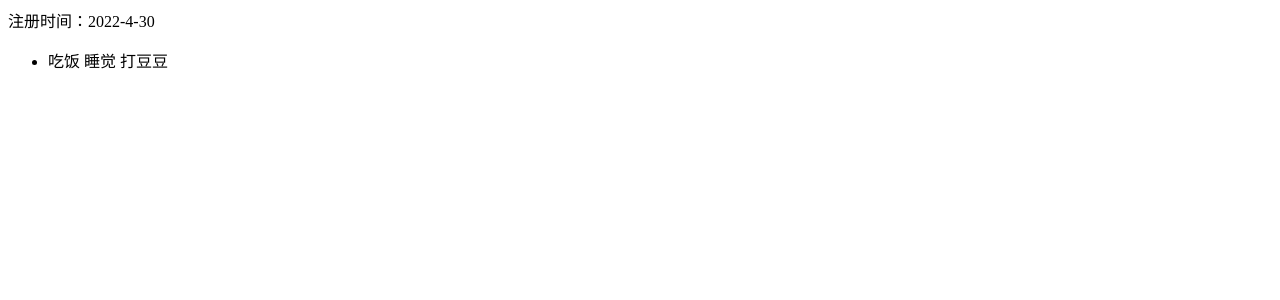
Repository: Bluesouls/eliauk.github.io
Page: Ajax学习笔记/day02/03模板引擎的使用.html
The author's editor kept a copy of each file at every save. The page is drawn from the files as they stood at one save, then again after the next save.
The browser window is 1280 px wide. The pictures show the whole page.

Above is the page before, as saved 2022-05-01 15:27:51.

### Ajax学习笔记/day02/03模板引擎的使用.html
<!DOCTYPE html>
<html lang="en">

<head>
  <meta charset="UTF-8">
  <meta http-equiv="X-UA-Compatible" content="IE=edge">
  <meta name="viewport" content="width=device-width, initial-scale=1.0">
  <title>传统方式渲染UI结构</title>
  <script src="./lib/jquery.js"></script>
  <!--1. 导入模板引擎 -->
  <!-- 在 window 全局,多一个函数,叫做 template('模板的ID',需要渲染的数据对象) -->

  <script src="./lib/template-web.js"></script>
</head>

<body>
  <div id="container"></div>
  <!-- 3. 定义模板 -->
  <!-- 3.1 模板的 HTML 结构，必须定义到 script 中 -->
  <script type="text/html" id="tpl-user">
    <div>注册时间：{{regTime|dateFormat}}</div>
    <ul>
      <li>
        {{each hobby}}
        {{$value}}
        {{/each}}
      </li>
    </ul>
  </script>
  <script type="text/javascript">
    // 定义一个格式化时间的过滤器 dateFormat
    // data 是形参，对应的 regTime 是实参
    template.defaults.imports.dateFormat = function (date) {
      var y = date.getFullYear()
      var m = date.getMonth() + 1
      var d = date.getDate()

      return y + '-' + m + '-' + d
    }
    // 2. 定义需要渲染的数据
    var data = {
      title: '<h3>用户信息</h3>',
      name: 'zs',
      age: 20,
      isVIP: true,
      regTime: new Date(),
      hobby: ['吃饭', '睡觉', '打豆豆']
    }

    // 4. 调用 template 函数
    // template('模板的ID',需要渲染的数据对象)
    var htmlStr = template('tpl-user', data)
    console.log(htmlStr)
    // 5. 渲染 HTML 结构
    $('#container').html(htmlStr)
  </script>
</body>

</html>

Loaded but not shown: Ajax学习笔记/day02/lib/jquery.js (library); Ajax学习笔记/day02/lib/template-web.js (library)

After the next save:
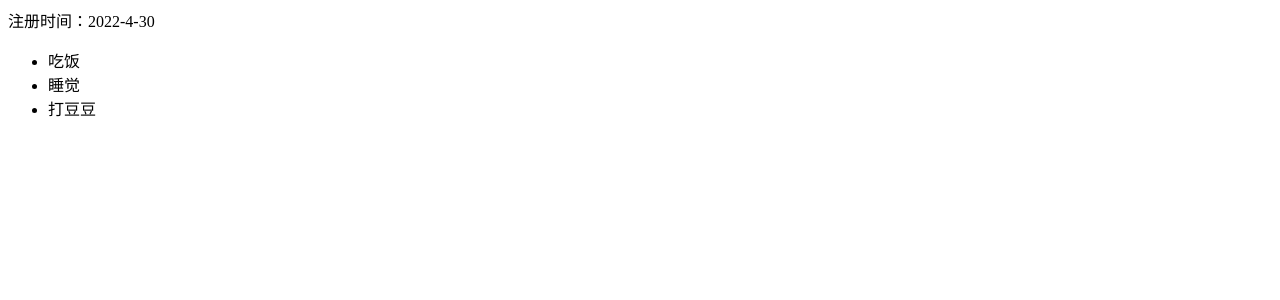
Saved 15 s later.
--- a/Ajax学习笔记/day02/03模板引擎的使用.html
+++ b/Ajax学习笔记/day02/03模板引擎的使用.html
@@ -20,11 +20,13 @@
   <script type="text/html" id="tpl-user">
     <div>注册时间：{{regTime|dateFormat}}</div>
     <ul>
+      {{each hobby}}
       <li>
-        {{each hobby}}
+
         {{$value}}
-        {{/each}}
+
       </li>
+      {{/each}}
     </ul>
   </script>
   <script type="text/javascript">
